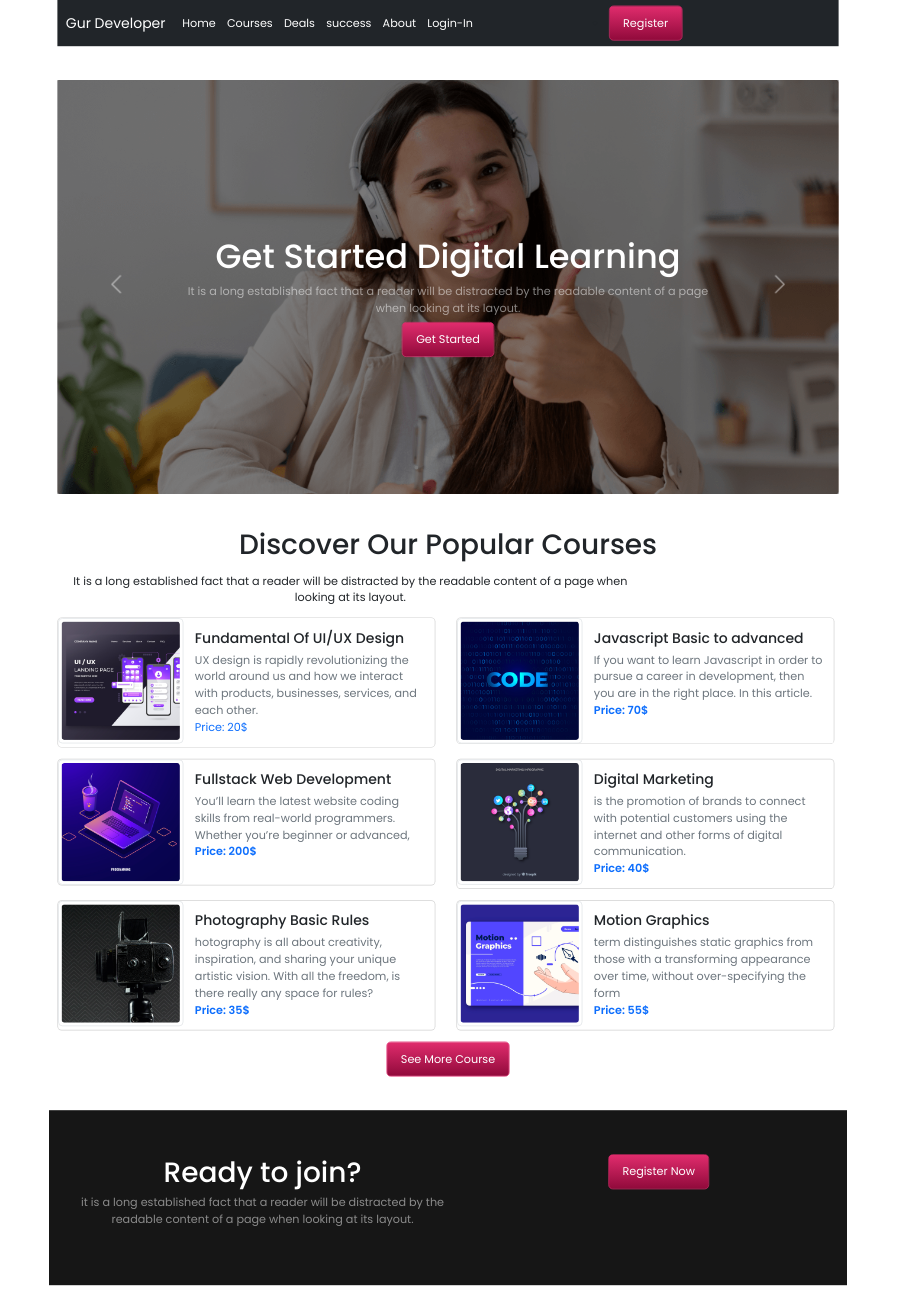
Repository: mdrubel02/Guru-Developer
Page: index.html
An editor plug-in stored every save of this project. The page is shown before and after the next save, followed by the edit.
The browser window is 1280 px wide. The page is 1292 px wide, so the pictures cover 1292 px, including what lies to the right of the window. The pictures show the part of the page from y = 0 to 1880 px (the page is 3482 px tall before and 3506 px after), at 70% of full size.
Some web libraries are served in a nearby version.

Above is the page before, as saved 2022-07-29 00:00:56.

After the next save:
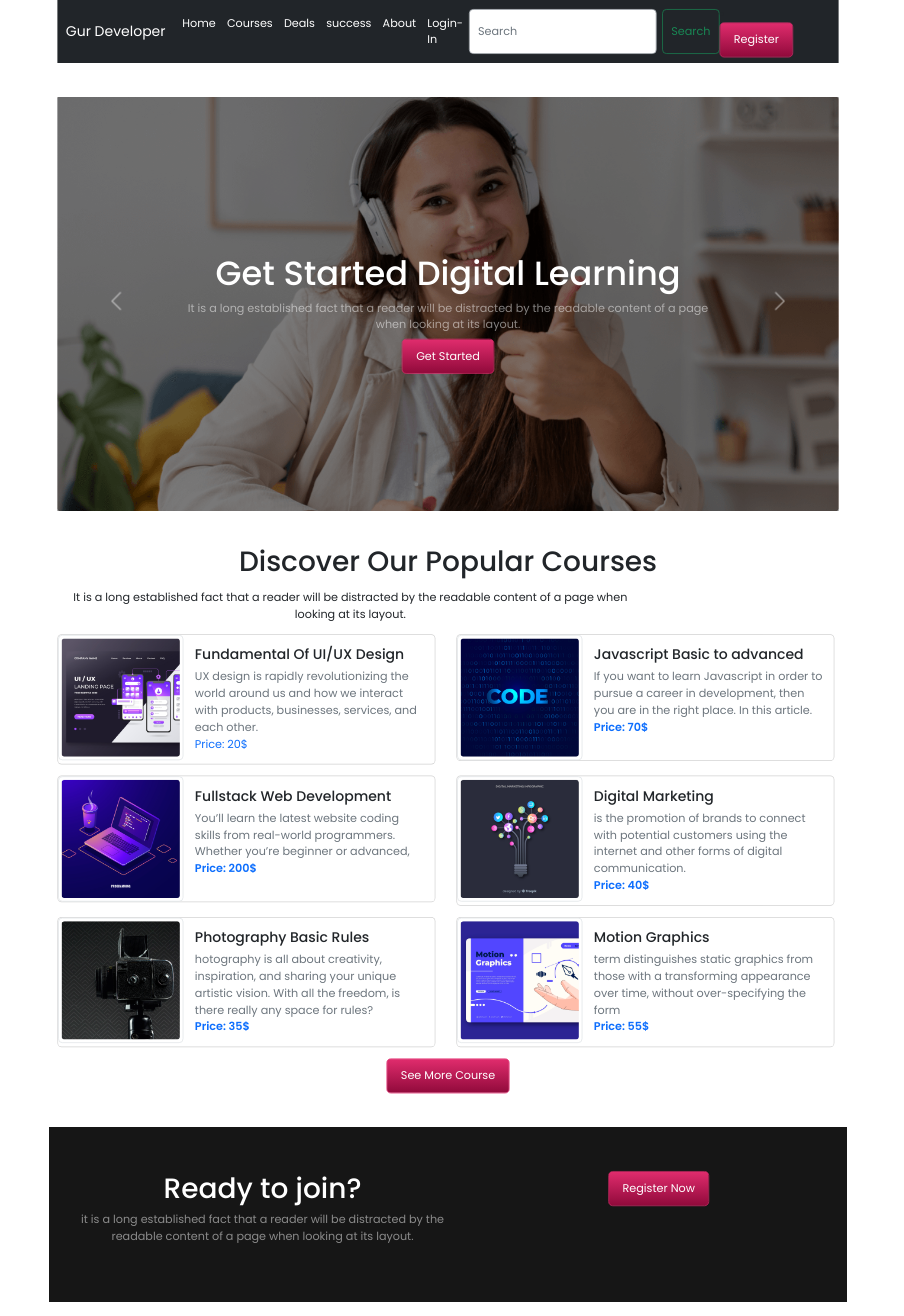
Saved 9 h 20 min later.
--- a/index.html
+++ b/index.html
@@ -49,7 +49,10 @@
                             <a class="nav-link text-white" href="#">Login-In</a>
                         </li>
 
-
+                        <form class="d-flex" role="search">
+                            <input class="form-control me-2" type="search" placeholder="Search" aria-label="Search">
+                            <button class="btn btn-outline-success" type="submit">Search</button>
+                          </form>
                 </div>
 
                 <div class="collapse navbar-collapse" id="navbarSupportedContent me-end">
